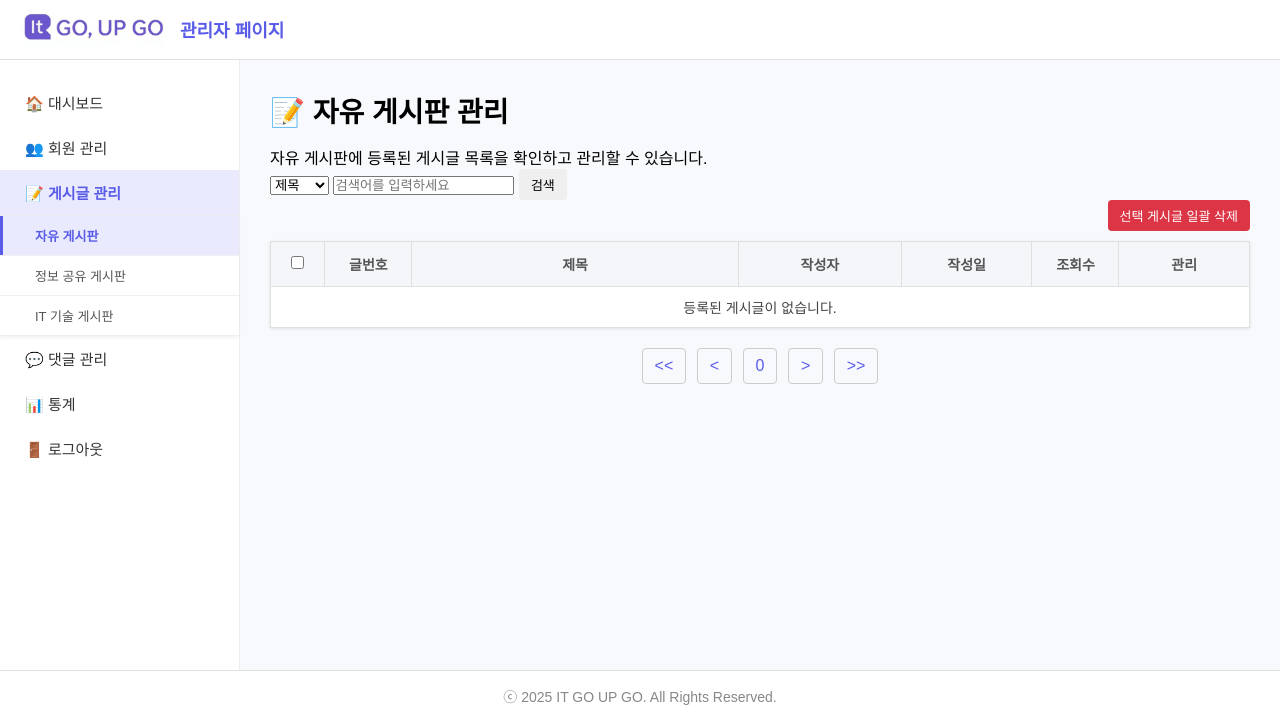
Repository: virtue5321/itgoupgo
Page: http://localhost/ITGOUPGO/WEB-INF/views/admin/freeBbsManage.jsp
These files come from the project's save history. The page is drawn as it stood at one moment and after the next save; the edit follows.
The browser window is 1280 px wide. The pictures show the whole page.
The page is served by Tomcat 10. Nobody is signed in. The template is opened directly, without the code that normally fills it, so the values that code supplies are empty.

Above is the page before, as saved 2025-10-30 07:40:04.

After the next save:
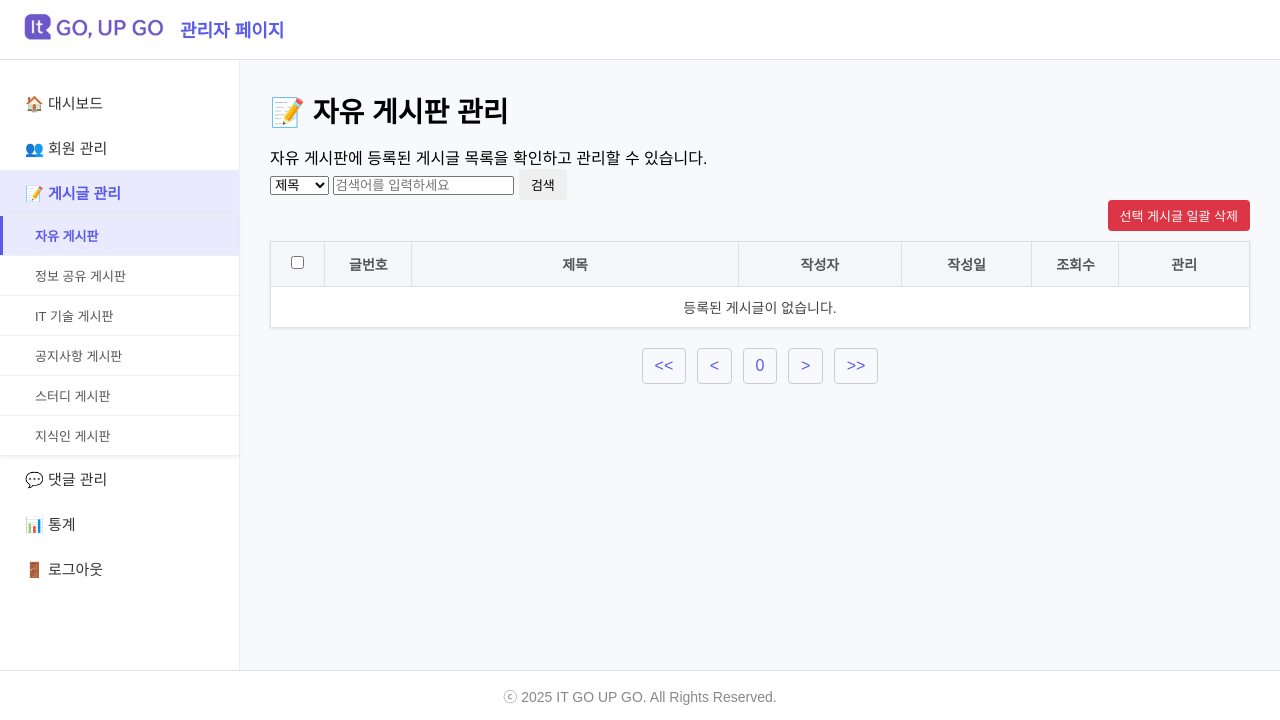
Saved 34 s later.
--- a/ITGOUPGO/src/main/webapp/WEB-INF/views/admin/freeBbsManage.jsp
+++ b/ITGOUPGO/src/main/webapp/WEB-INF/views/admin/freeBbsManage.jsp
@@ -33,6 +33,9 @@
                         <li><a href="<c:url value="/admin/freeBbsManage" />" class="sub-active">자유 게시판</a></li>
                         <li><a href="<c:url value="/admin/infoBbsManage" />">정보 공유 게시판</a></li>
                         <li><a href="<c:url value="/admin/itBbsManage" />">IT 기술 게시판</a></li>
+                        <li><a href="<c:url value="/admin/noticeBbsManage" />">공지사항 게시판</a></li>
+		                <li><a href="<c:url value="/admin/studyBbsManage" />">스터디 게시판</a></li>
+		                <li><a href="<c:url value="/admin/knowledgeBbsManage" />">지식인 게시판</a></li>
                     </ul>
                 </li>
 
